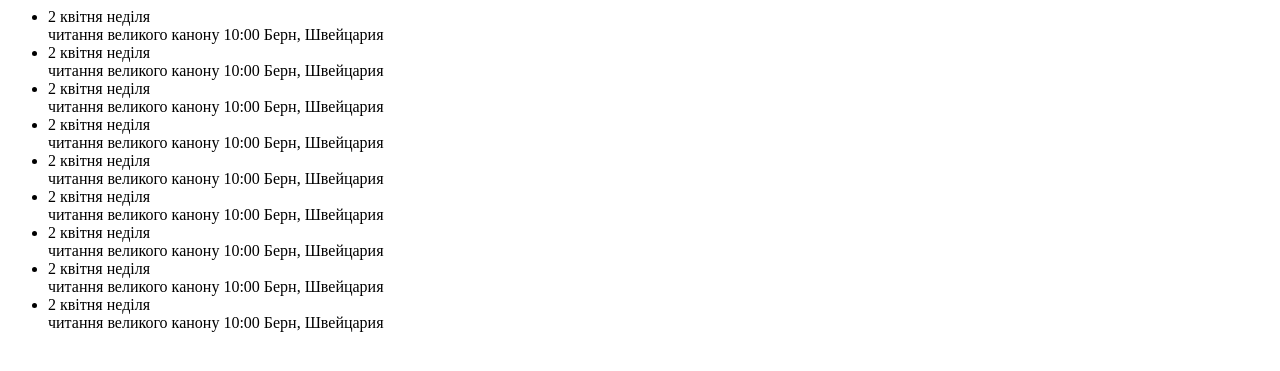
Repository: Gray-01/upcV5
Page: http://localhost/template-parts/schedule.php
An editor plug-in stored every save of this project. The page is shown before and after the next save, followed by the edit.
The browser window is 1280 px wide. The pictures show the whole page.
The page is run by PHP 8.4 with error messages shown; the project is at /var/www/html/.

Above is the page before, as saved 2025-10-09 06:31:07.

### template-parts/schedule.php
<section class="schedule">
  <div class="container">
    <div class="schedule__wraper">
      <!-- <h2 class="schedule__title">Розклад Богослужінь</h2> -->


<?php if (function_exists('the_field')): ?>
  <h2 class="schedule__title">
    <?php
    $title = get_field('schedule_title');
    // Удаляем <p> и </p>
    $title = str_replace(['<p>', '</p>'], '', $title);
    echo wp_kses_post($title); // Безопасный вывод
    ?>
  </h2>
<?php endif; ?>


      <ul class="schedule__list">

        <li class="schedule__item">
          <div class="schedule__datetime">
            <time class="schedule__date">2 квітня</time>
            <time class="schedule__day">неділя</time>
          </div>
          <span class="schedule__event">читання великого канону</span>
          <span class="schedule__time">10:00</span>
          <span class="schedule__place">Берн, Швейцария</span>
        </li>
                <li class="schedule__item">

          <div class="schedule__datetime">
            <time class="schedule__date">2 квітня</time>
            <time class="schedule__day">неділя</time>
          </div>
          <span class="schedule__event">читання великого канону</span>
          <span class="schedule__time">10:00</span>
          <span class="schedule__place">Берн, Швейцария</span>
        </li>
                <li class="schedule__item">
          <div class="schedule__datetime">
            <time class="schedule__date">2 квітня</time>
            <time class="schedule__day">неділя</time>
          </div>
          <span class="schedule__event">читання великого канону</span>
          <span class="schedule__time">10:00</span>
          <span class="schedule__place">Берн, Швейцария</span>
        </li>
                <li class="schedule__item">
          <div class="schedule__datetime">
            <time class="schedule__date">2 квітня</time>
            <time class="schedule__day">неділя</time>
          </div>
          <span class="schedule__event">читання великого канону</span>
          <span class="schedule__time">10:00</span>
          <span class="schedule__place">Берн, Швейцария</span>
        </li>
                <li class="schedule__item">
          <div class="schedule__datetime">
            <time class="schedule__date">2 квітня</time>
            <time class="schedule__day">неділя</time>
          </div>
          <span class="schedule__event">читання великого канону</span>
          <span class="schedule__time">10:00</span>
          <span class="schedule__place">Берн, Швейцария</span>
        </li>
                <li class="schedule__item">
          <div class="schedule__datetime">
            <time class="schedule__date">2 квітня</time>
            <time class="schedule__day">неділя</time>
          </div>
          <span class="schedule__event">читання великого канону</span>
          <span class="schedule__time">10:00</span>
          <span class="schedule__place">Берн, Швейцария</span>
        </li>
                <li class="schedule__item">
          <div class="schedule__datetime">
            <time class="schedule__date">2 квітня</time>
            <time class="schedule__day">неділя</time>
          </div>
          <span class="schedule__event">читання великого канону</span>
          <span class="schedule__time">10:00</span>
          <span class="schedule__place">Берн, Швейцария</span>
        </li>
                <li class="schedule__item">
          <div class="schedule__datetime">
            <time class="schedule__date">2 квітня</time>
            <time class="schedule__day">неділя</time>
          </div>
          <span class="schedule__event">читання великого канону</span>
          <span class="schedule__time">10:00</span>
          <span class="schedule__place">Берн, Швейцария</span>
        </li>
                <li class="schedule__item">
          <div class="schedule__datetime">
            <time class="schedule__date">2 квітня</time>
            <time class="schedule__day">неділя</time>
          </div>
          <span class="schedule__event">читання великого канону</span>
          <span class="schedule__time">10:00</span>
          <span class="schedule__place">Берн, Швейцария</span>
        </li>

        <!-- Повторяем элементы по аналогии -->

      </ul>
    </div>
  </div>
</section>

After the next save:
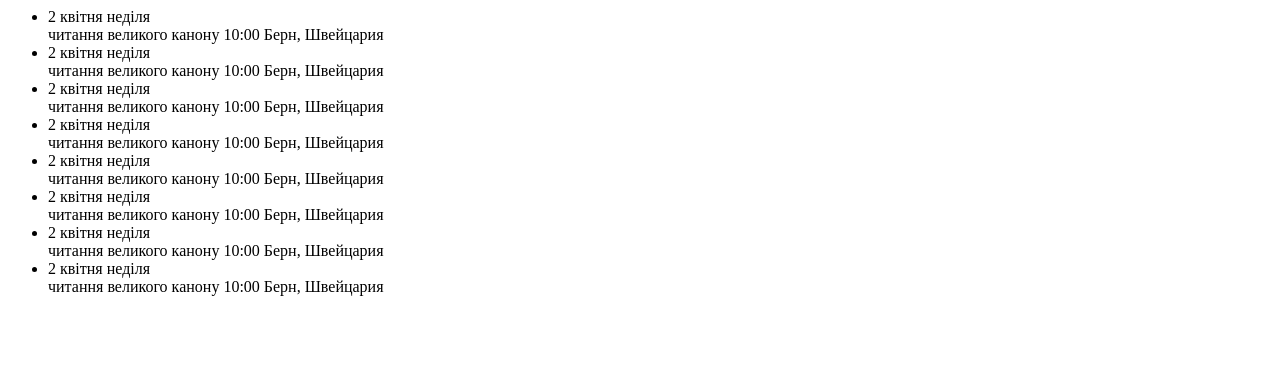
Saved 6 min 15 s later.
--- a/template-parts/schedule.php
+++ b/template-parts/schedule.php
@@ -27,7 +27,7 @@
           <span class="schedule__time">10:00</span>
           <span class="schedule__place">Берн, Швейцария</span>
         </li>
-                <li class="schedule__item">
+                <!-- <li class="schedule__item">
 
           <div class="schedule__datetime">
             <time class="schedule__date">2 квітня</time>
@@ -35,7 +35,7 @@
           </div>
           <span class="schedule__event">читання великого канону</span>
           <span class="schedule__time">10:00</span>
-          <span class="schedule__place">Берн, Швейцария</span>
+          <span class="schedule__place">Берн, Швейцария</span> -->
         </li>
                 <li class="schedule__item">
           <div class="schedule__datetime">
